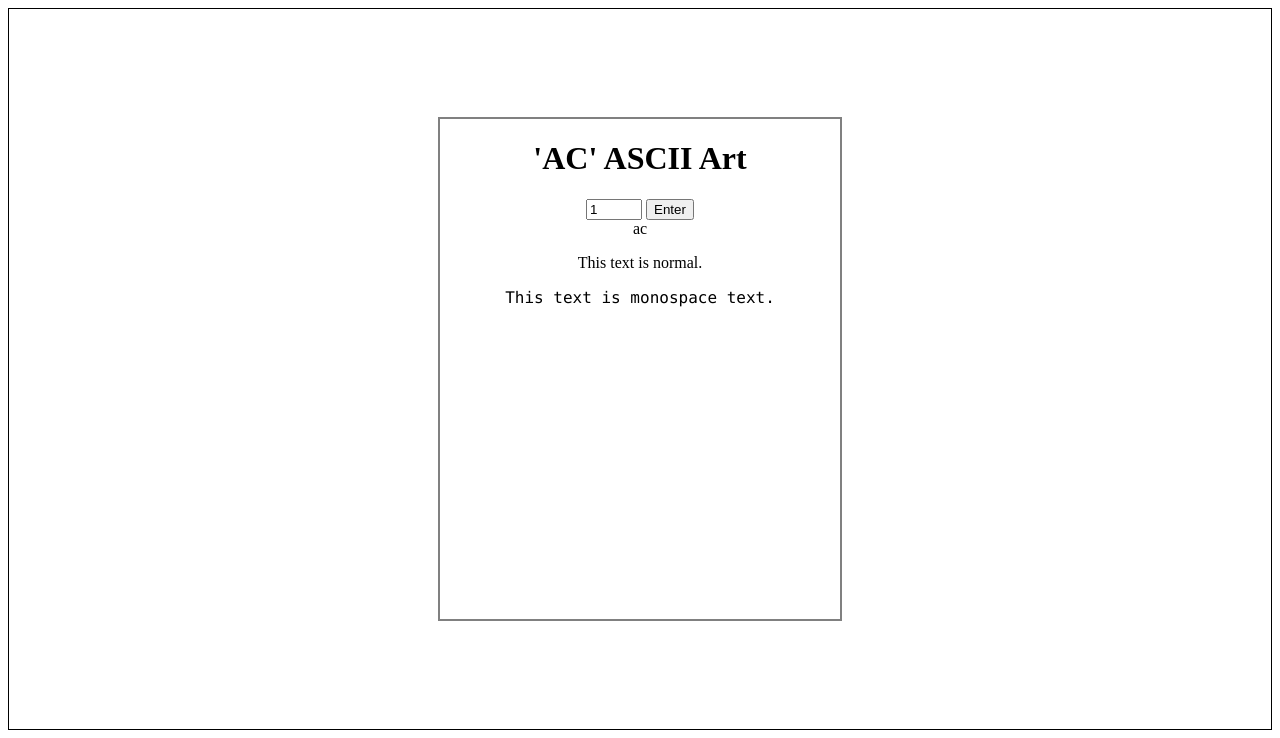
Repository: Achorn/ascii-art
Page: index.html
These files come from the project's save history. The page is drawn as it stood at one moment and after the next save; the edit follows.
The browser window is 1280 px wide. The pictures show the whole page.

Above is the page before, as saved 2021-08-09 12:30:56.

After the next save:
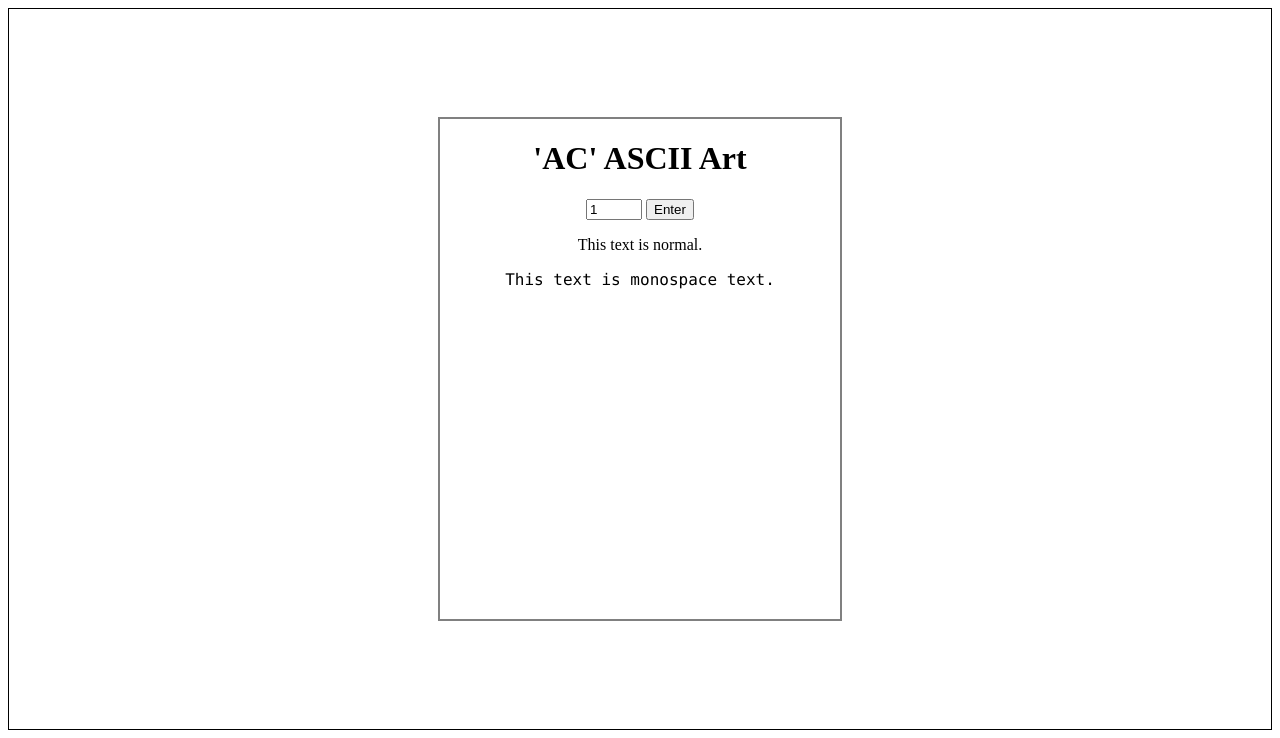
Saved 59 s later.
--- a/index.html
+++ b/index.html
@@ -13,11 +13,12 @@
       <h1>'AC' ASCII Art</h1>
       <input type="number" min="1" value="1" max="10" />
       <button>Enter</button>
-      <div id="ascii">ac</div>
-      <p>This text is normal.</p>
-      <p style="font-family: 'Lucida Console', monospace">
-        This text is monospace text.
-      </p>
+      <div id="ascii">
+        <p>This text is normal.</p>
+        <p style="font-family: 'Lucida Console', monospace">
+          This text is monospace text.
+        </p>
+      </div>
     </form>
   </body>
 </html>
